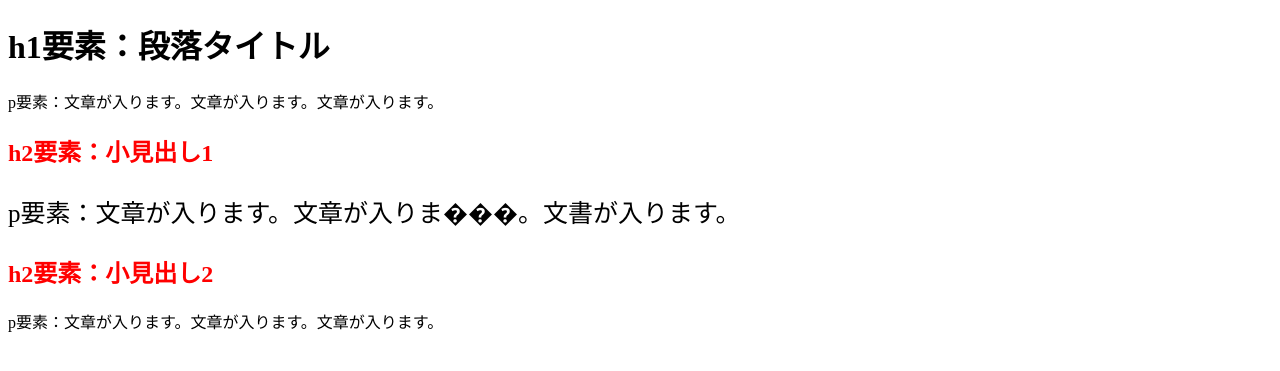
Repository: nagashimayosyun/samurai_HTML-CSS
Page: index.html
The author's editor kept a record of every edit. The page is drawn from the files as they stood at one moment, then again after the next edit.
The browser window is 1280 px wide. The pictures show the whole page.

Above is the page before.

### index.html
<!DOCTYPE html>
<html lang="en">
<head>
    <meta charset="UTF-8">
    <title>HTML/SCCの学習</title>
    <style>
       h2  {
       color: red;
    }
    </style>
</head>
<body>
    <h1>h1要素：段落タイトル</h1>
    <p>p要素：文章が入ります。文章が入ります。文章が入ります。</p>
    <h2>h2要素：小見出し1</h2>
    <P style="font-size: 25px;">
        p要素：文章が入ります。文章が入りま���。文書が入ります。
    </P>
    <h2>h2要素：小見出し2</h2>
    <p>p要素：文章が入ります。文章が入ります。文章が入ります。</p>
</body>
</html>

After the next edit:
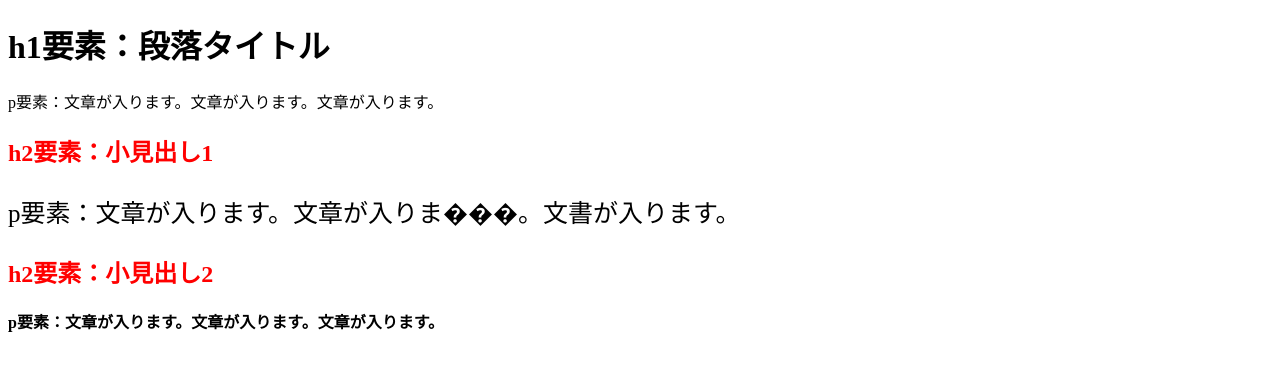
The edit:
--- a/index.html
+++ b/index.html
@@ -17,6 +17,8 @@
         p要素：文章が入ります。文章が入りま���。文書が入ります。
     </P>
     <h2>h2要素：小見出し2</h2>
-    <p>p要素：文章が入ります。文章が入ります。文章が入ります。</p>
+    <p style="font-weight: bold;">
+        p要素：文章が入ります。文章が入ります。文章が入ります。
+    </p>
 </body>
 </html>
